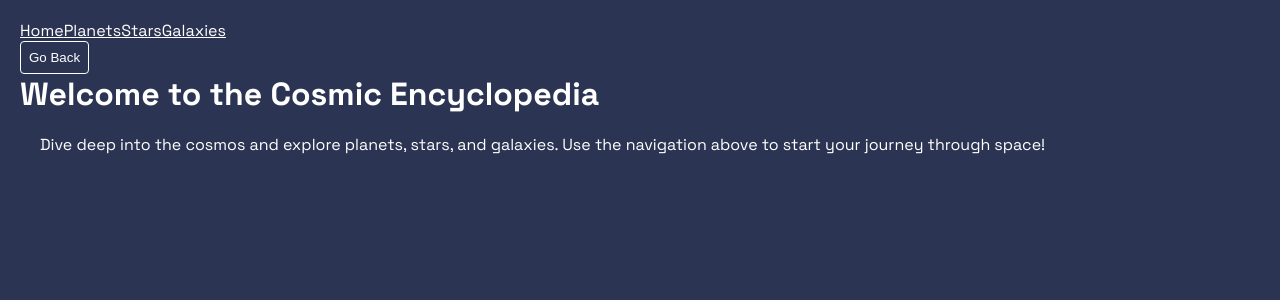
Repository: rmdayberry/Cosmic-Encyclopedia
Page: /
These files come from the project's save history. The page is drawn as it stood at one moment and after the next save; the edit follows.
The browser window is 1280 px wide. The pictures show the whole page.
The project was rebuilt for these pictures with package versions that can differ from the ones it lists, and the page was loaded fresh each time. Also part of the build but not shown: vite.config.js, src/data/celestialData.js, src/pages/ContentPage.jsx.

Above is the page before, as saved 2024-08-31 10:23:54.

After the next save:
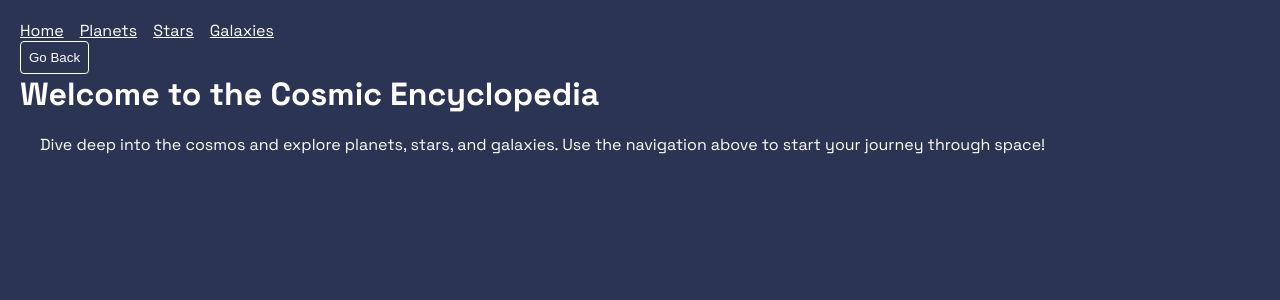
Saved 64 s later.
--- a/src/index.css
+++ b/src/index.css
@@ -30,4 +30,5 @@ button {
 
 nav {
   display: flex;
+  gap: 16px;
 }
